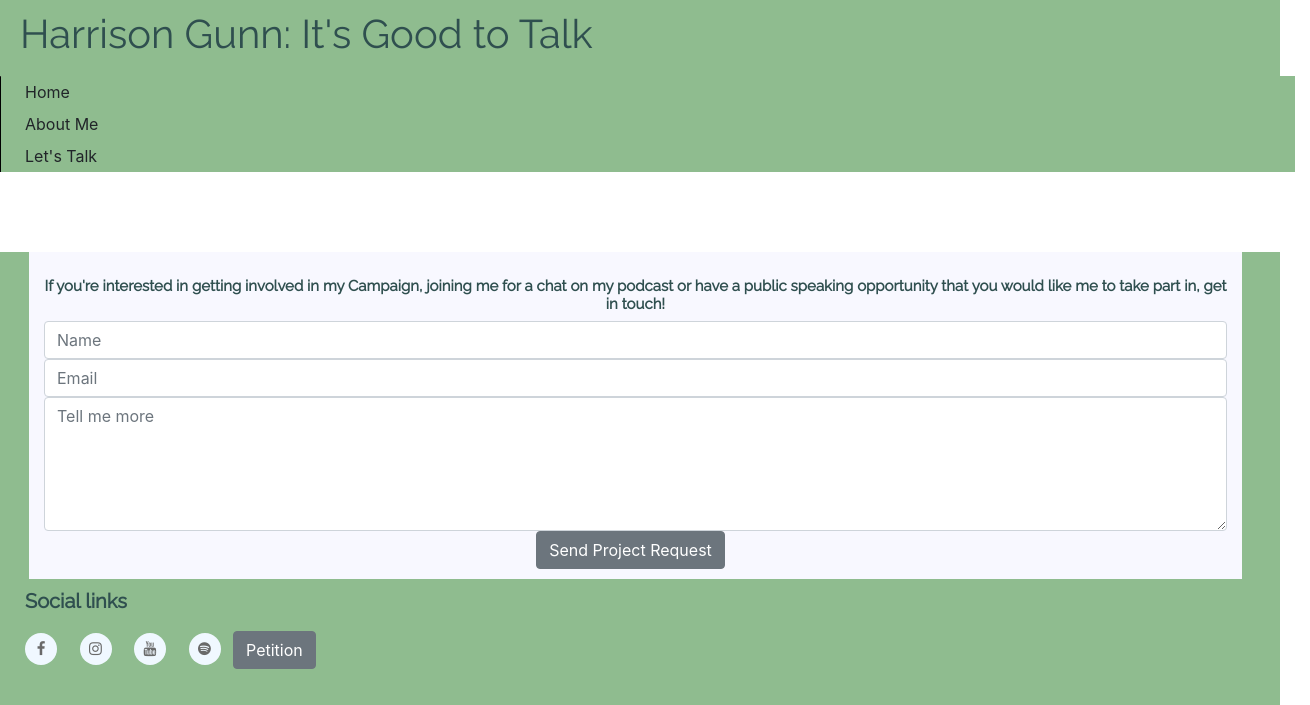
Repository: Leannald13/mile-stone-project-html
Page: contact.html
The author's editor kept a record of every edit. The page is drawn from the files as they stood at one moment, then again after the next edit.
The browser window is 1280 px wide. The page is 1310 px wide, so the pictures cover 1310 px, including what lies to the right of the window. The pictures show the part of the page from y = 500 to 1205 px (the page is 1205 px tall before and 1125 px after).

Above is the page before.

### contact.html
<!DOCTYPE html>
<html lang="en">

<head>
    <meta charset="UTF-8">
    <meta name="viewport" content="width=device-width, initial-scale=1.0">
    <meta http-equiv="X-UA-Compatible" content="ie=edge">
    <link rel="stylesheet" href="https://stackpath.bootstrapcdn.com/bootstrap/4.3.1/css/bootstrap.min.css" type="text/css" />
    <link rel="stylesheet" href="https://cdnjs.cloudflare.com/ajax/libs/hover.css/2.3.1/css/hover-min.css" type="text/css" />
    <link rel="stylesheet" href="https://stackpath.bootstrapcdn.com/font-awesome/4.7.0/css/font-awesome.min.css" type="text/css" />
    <link rel="stylesheet" href="assets/css/style.css" type="text/css" />
    <title>Harrison</title>
</head>

<body>
    <header>
        <div class="row">
            <a href="index.html" class="col-md-12 logo">

            </a>
        </div>

        <div class="container-fluid">
            <div class="row">
                <div class="col-sm-12">
                    <div class="row no-gutters bg-color-name">
                        <div class="col heading">
                            <h1 class="name">Harrison Gunn: It's Good to Talk</h1>
                        </div>
                    </div>
                </div>
                     <div class="container-fluid">
            <div class="row">
                <div class="col">
           <div class="btn-group">

  <button type=dropdown-toggle dropdown-toggle-split" data-toggle="dropdown" aria-haspopup="true" aria-expanded="false">
    <span class="sr-only">Toggle Dropdown</span>
  </button>
  <div class="
                        <div class="dropdown-menu" aria-labelledby="dropdownMenuButton" id="dropdownMenuButton">
                            <a class="dropdown-item" href="/index.html">Home</a>
                            <a class="dropdown-item" href="/general.html">About Me</a>
                            <a class="dropdown-item" href="/contact.html">Let's Talk</a>
                        </div>
                    </div>

    </header>
    <section class="container-fluid-form">
        <div class="row bg-color-contact">
            <div class="col">
                <h5 class="uppercase text-center">If you're interested in getting involved in my Campaign, joining me for a chat on my podcast or have a public speaking opportunity that you would like me to take part in, get in touch!</h5>
                <div class="center-form">
                    <form>
                        <form>
                            <input type="text" name="name" id="fullname" class="form-control" placeholder="Name" required/>
                             <input type="email" name="email" id="emailaddress" class="form-control" placeholder="Email" required/>
                             <textarea rows="5" name="summary" id="summary" class="form-control" placeholder="Tell me more" required></textarea>
                            <div class="form-row text-center">
                                <div class="col">
                                    <button type="submit" class="btn btn-secondary">Send Project Request</button>
                                </div>
                            </div>
                        </form>
                    </form>
                </div>
            </div>
        </div>
    <footer>
        <div class="container-fluid">
            <div class="col sm-12">
                <h5 class="uppercase general-sub">Social links</h5>
                <ul class="list-inline social-links">
                    <li class="list-inline-item">
                        <a target="_blank" href="https://www.facebook.com/harrison.gunn.16">
                           <i class="fa fa-facebook" aria-hidden="true"></i>
                           <span class="sr-only">Facebook</span>
                        </a>
                    </li>
                    <li class="list-inline-item">
                        <a target="_blank" href="https://www.instagram.com/harrisongunn_/">
                           <i class="fa fa-instagram" aria-hidden="true"></i>
                           <span class="sr-only">Instagram</span>
                        </a>
                    </li>
                    <li class="list-inline-item">
                        <a target="_blank" href="https://www.youtube.com/channel/UCEPhcVc_ooMeZwhF5X4OEYg">
                           <i class="fa fa-youtube" aria-hidden="true"></i>
                           <span class="sr-only">YouTube</span>
                           </a>
                    </li>
                    <li class="list-inline-item">
                        <a target="_blank" href="spotify:show:1azq4fgMCEafJTPjsGm6tL">
                           <i class="fa fa-spotify" aria-hidden="true"></i>
                           <span class="sr-only">Spotify</span>
                           </a>
                    </li>
                    <a href="https://petition.parliament.uk/petitions/260373" class="btn btn-secondary" role="button">Petition</a>

                    </u>
            </div>
        </div>
    </footer>
</body>

</html>

### assets/css/style.css
@import url('https://fonts.googleapis.com/css?family=Raleway&display=swap');


/* -------------------------------------------------------------Heading */

.logo {
    background: url("../images/haribo.jpg");
    background-position: center;
    background-repeat: no-repeat;
    background-size: cover;
    width: 100%;
    height: 500px;
    transition: all .5s;
    display: block;
}

.heading {
    background-color: #8fbc8f !important;
    width: 100%;

}


.bg-color-name {
    font-family: "Raleway", sans-serif;
    color: #2f4f4f;
    text-align: left;
    font-weight: 100;
    width: 100%;

}

.name {
    font-size: 40px;
    padding-left: 20px;
    padding-bottom: 10px;
    padding-top: 10px;
}

/* -------------------------------------------------------------nav bar */


.text-center {
    width: 100%;
}

.container-fluid {
    padding: 0;
    margin: 0;
    width: 100%;
    background-color: #8fbc8f;
}

.nav-link {
    font-size: 30px;
    color: #2f4f4f;
    padding: 40px;

}

.nav-link span {
    padding: 130px;
    text-align: center;
    margin-left: 10px;
}

.nav-item {
    margin-left: 30px;
}


.ui-menu-color-home {
    background-color: #ADD8E6;
    margin-right: 5px;
    font-family: "Raleway", sans-serif;
    color: #2f4f4f;


}

.ui-menu-color-about {
    background-color: #DCDCDC;
    margin-right: 5px;
     font-family: "Raleway", sans-serif;
    color: #2f4f4f;

}

.ui-menu-color-comments {
    background-color: #B0C4DE;
    margin-right: 5px;
    font-family: "Raleway", sans-serif;
    color: #2f4f4f;

}

.navbar-brand {
    padding-left: 30px;
    padding-right: 15px;
    font-family: "Raleway", sans-serif;
    color: #2f4f4f !important;
}


.navbar {
    background-color: #8fbc8f !important;

}



/* -------------------------------------------------------------Section Contact.html */

h5 {
    color: #2f4f4f;
    font-family: "Raleway", sans-serif;
    font-size: 15px;
    font-weight: 600;
    padding-top: 5px;

}

.bg-color-contact {
    background-color: #F8F8FF;
    padding-top: 20px;
    padding-bottom: 10px;
    margin-left: 29px;
    margin-right: 38px;
    margin-top: 80px;
}

section {
    background-color: #8fbc8f !important;
}

/* -------------------------------------------------------------Section General.html */




/* -------------------------------------------------------------Footer */

footer {
    background-color: #8fbc8f;
    padding-bottom: 20px;
    width: 100%;

}

.social-links li a i {
    width: 32px;
    height: 32px;
    padding-top: 12px;
    border-radius: 50%;
    font-size: 15px;
    line-height: 7px;
    text-align: center;
    color: #696969 !important;
    background: #f0f8ff;
    background-position: center;
}

.general-sub {
    padding-top: 10px;
    color: #2f4f4f;
    padding-left: 10px;
    padding-bottom: 10px;
    font-size: 20px;
}

.list-inline-item {
    padding-left: 10px;
}

.fa fa-facebook {
    padding-left: 5px;
}

After the next edit:
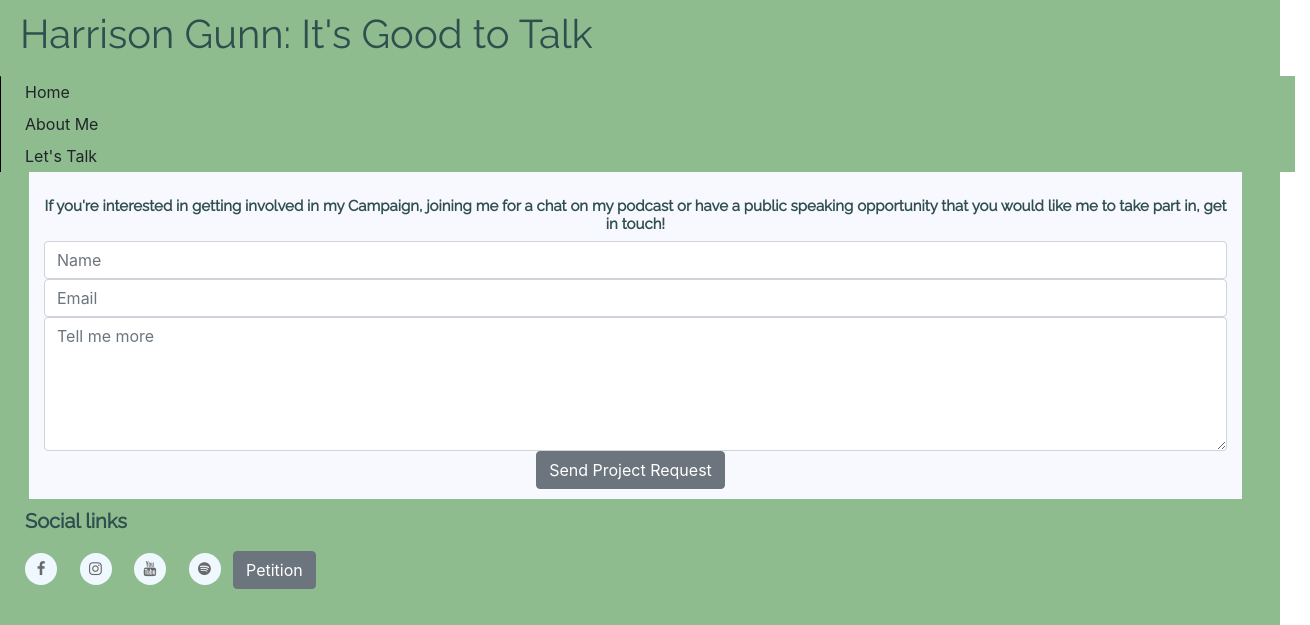
The edit:
--- a/assets/css/style.css
+++ b/assets/css/style.css
@@ -126,7 +126,7 @@
     padding-bottom: 10px;
     margin-left: 29px;
     margin-right: 38px;
-    margin-top: 80px;
+
 }
 
 section {
